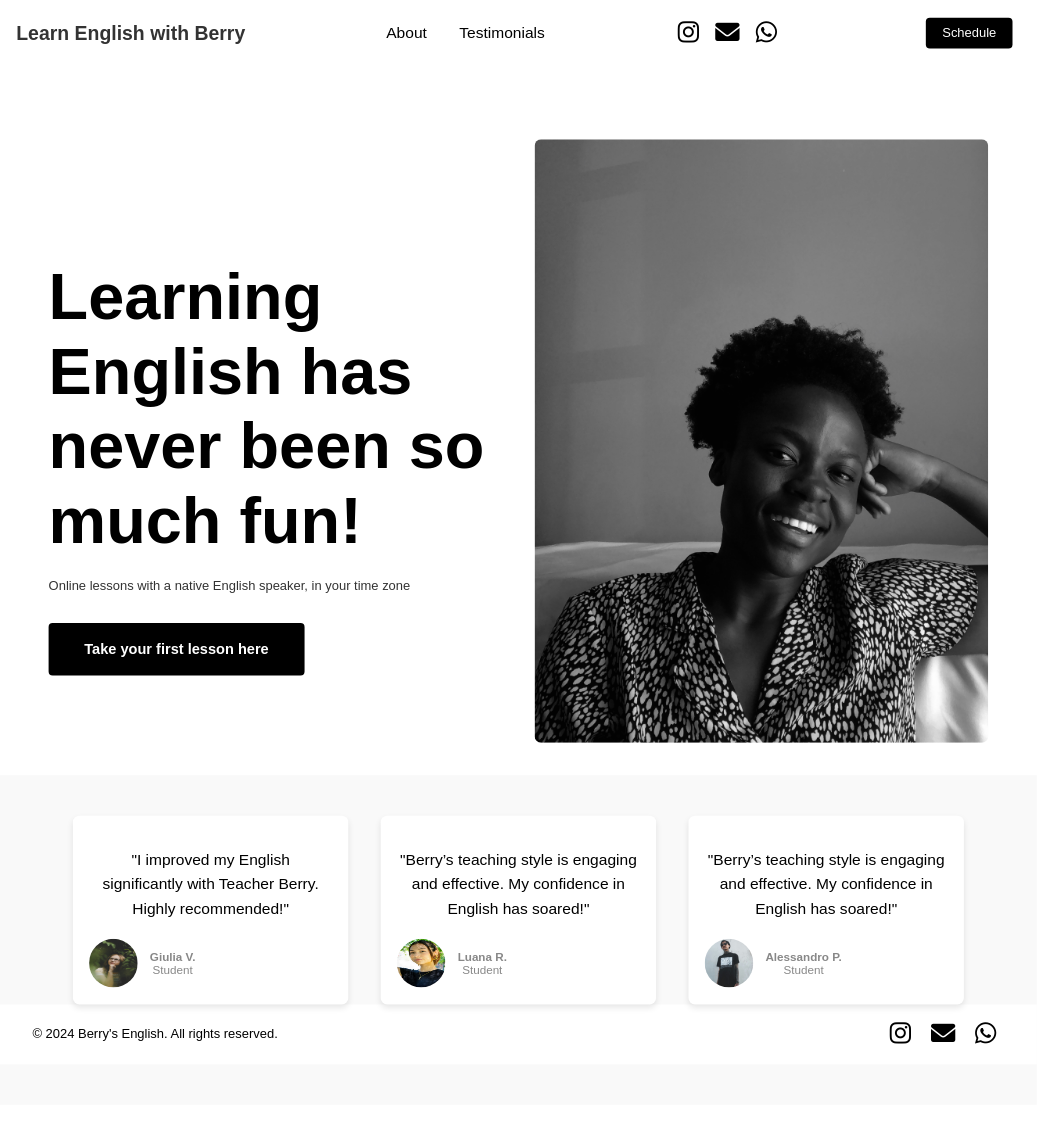
Repository: ntandomagana/esl-landing-page
Page: index.html
The author's editor kept a copy of each file at every save. The page is drawn from the files as they stood at one save, then again after a run of saves.
The browser window is 1280 px wide. The pictures show the whole page, at 81% of full size.

Above is the page before, as saved 2024-07-17 14:00:33.

After the next 2 saves:
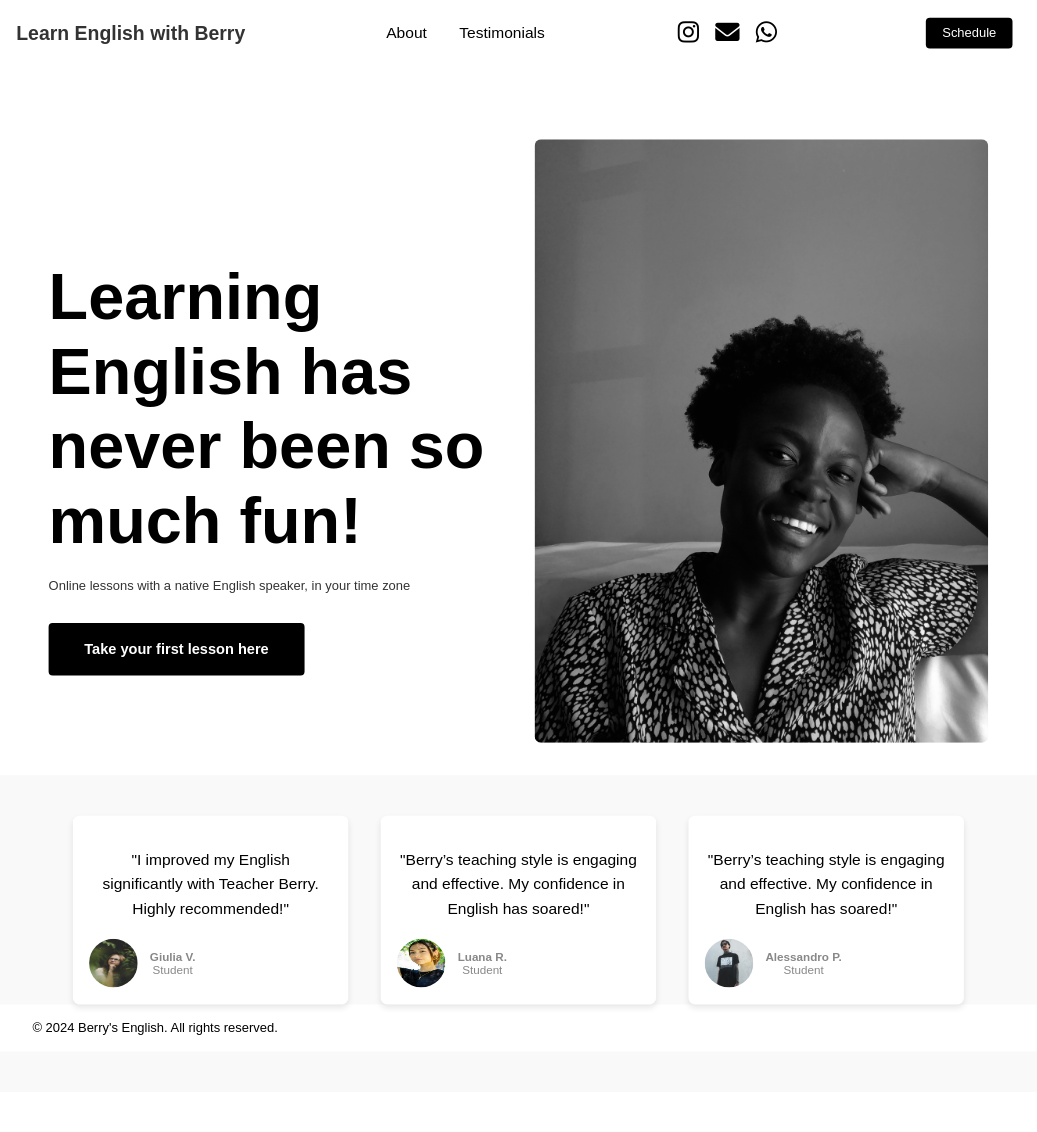
The 2 saves are shown as one change because they came seconds apart.
The last was saved 53 s later.
--- a/index.html
+++ b/index.html
@@ -82,11 +82,6 @@
     <footer>
         <div class="footer-container">
             <p>&copy; 2024 Berry's English. All rights reserved.</p>
-            <div class="footer-social-links">
-                <a href="#" class="social-link"><i class="fab fa-instagram"></i></a>
-                <a href="mailto:berry@example.com" class="social-link"><i class="fas fa-envelope"></i></a>
-                <a href="https://wa.me/1234567890" class="social-link"><i class="fab fa-whatsapp"></i></a>
-            </div>
         </div>
 </section>
 
